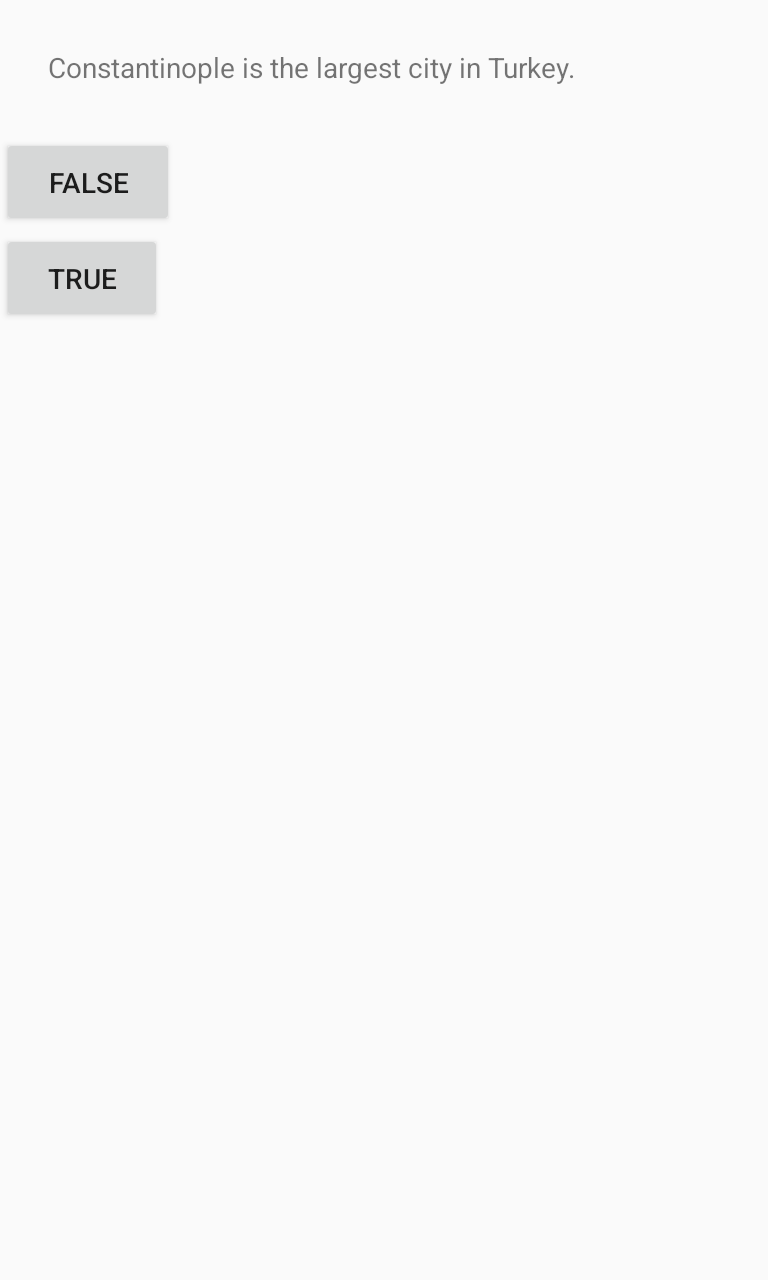
Repository: stoone/android
Layout: GeoQuiz/res/layout/activity_quiz.xml
The author's editor kept a copy of each file at every save. The layout is drawn from the files as they stood at one save, then again after the next save.
It is drawn on a 768 x 1280 px phone screen (xhdpi) without system bars, with theme AppTheme; the app's code is not run.

Above is the layout before, as saved 2014-08-24 14:11:32.

After the next save:
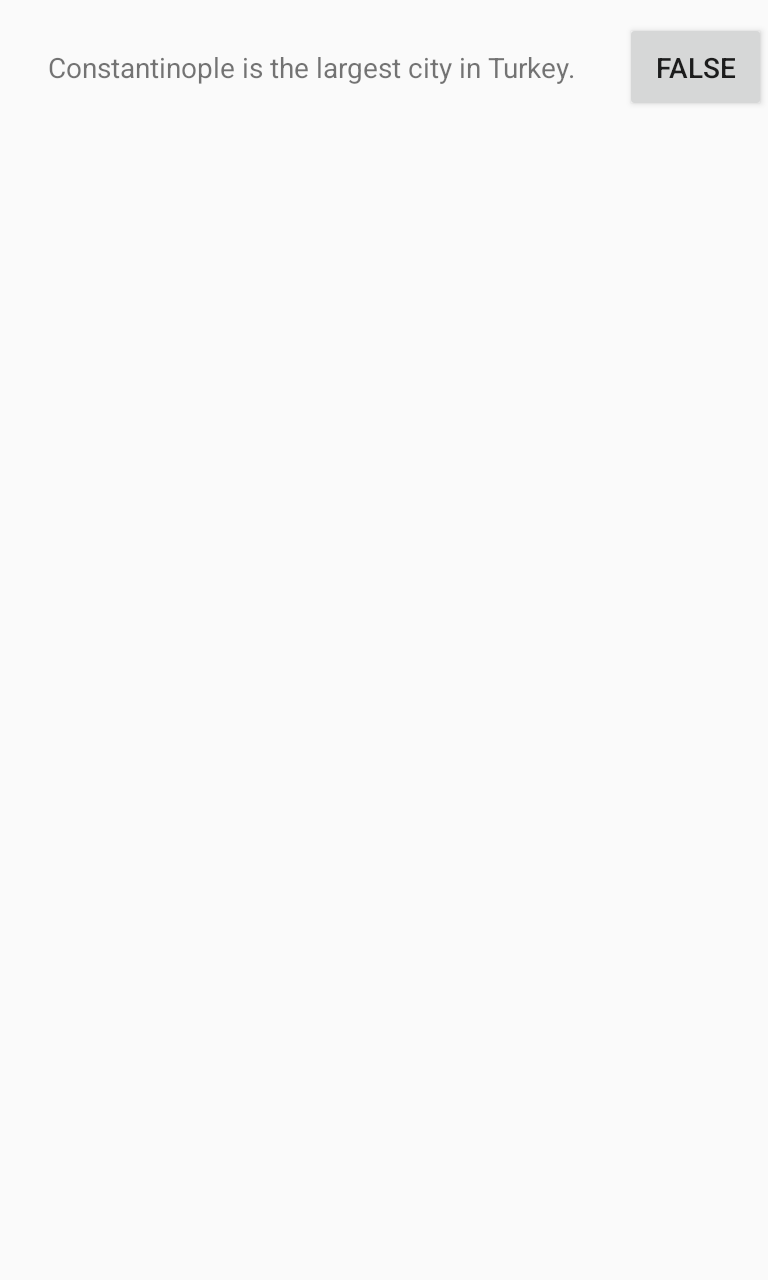
Saved 65 s later.
--- a/GeoQuiz/res/layout/activity_quiz.xml
+++ b/GeoQuiz/res/layout/activity_quiz.xml
@@ -8,24 +8,24 @@
         android:layout_width="wrap_content"
         android:layout_height="wrap_content"
         android:orientation="horizontal" >
+
+
+	    <TextView
+	        android:layout_width="wrap_content"
+	        android:layout_height="wrap_content"
+	        android:padding="24dp"
+	        android:text="@string/question_text" />
+
+	    <Button
+	        android:id="@+id/false_button"
+	        android:layout_width="wrap_content"
+	        android:layout_height="wrap_content"
+	        android:text="@string/false_button" />
+
+	    <Button
+	        android:id="@+id/true_button"
+	        android:layout_width="82dp"
+	        android:layout_height="wrap_content"
+	        android:text="@string/true_button" />
     </LinearLayout>
-
-    <TextView
-        android:layout_width="wrap_content"
-        android:layout_height="wrap_content"
-        android:padding="24dp"
-        android:text="@string/question_text" />
-
-    <Button
-        android:id="@+id/false_button"
-        android:layout_width="wrap_content"
-        android:layout_height="wrap_content"
-        android:text="@string/false_button" />
-
-    <Button
-        android:id="@+id/true_button"
-        android:layout_width="82dp"
-        android:layout_height="wrap_content"
-        android:text="@string/true_button" />
-
 </LinearLayout>
